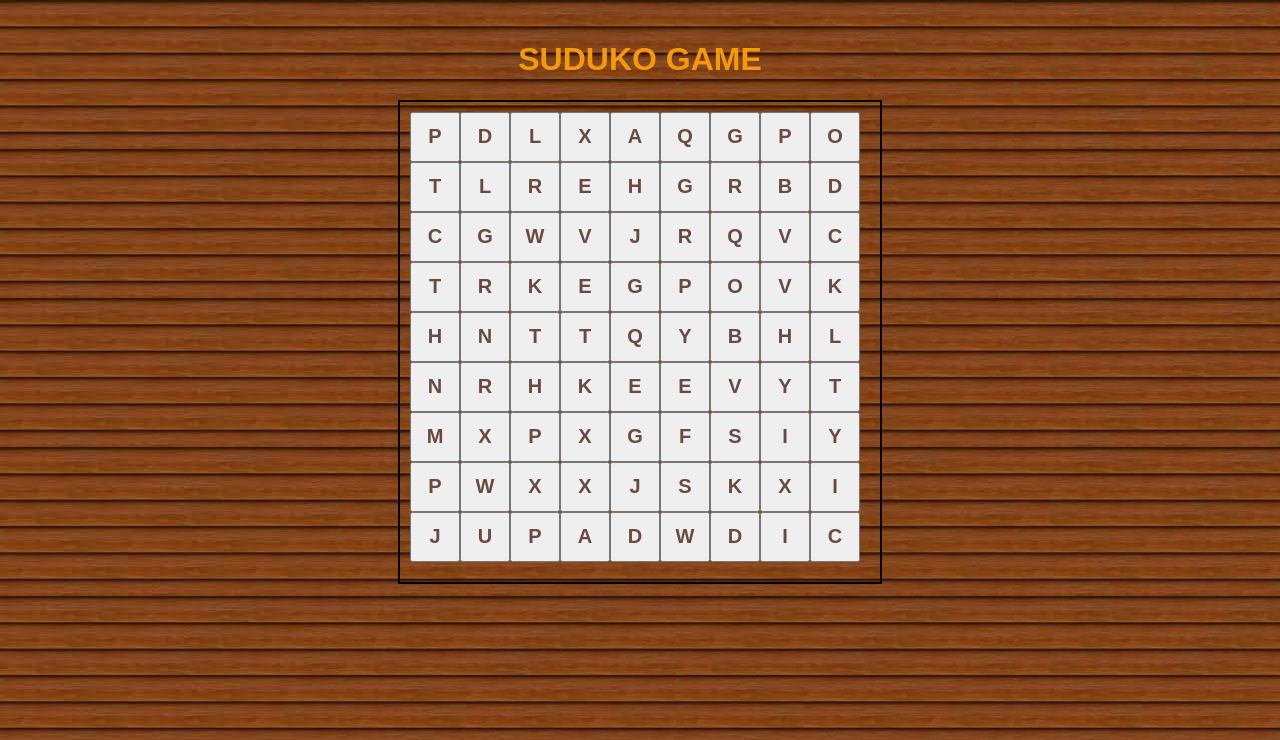
Repository: ahmad8969/Suduko-Game-React-App
Page: /
The author's editor kept a copy of each file at every save. The page is drawn from the files as they stood at one save, then again after the next save.
The browser window is 1280 px wide. The pictures show the whole page.
Some web fonts or font styles are not loaded; a fallback is used. The project was rebuilt for these pictures with package versions that can differ from the ones it lists, and the page was loaded fresh each time.

Above is the page before, as saved 2021-03-11 13:25:26.

### src/index.js
import React from 'react';
import ReactDOM from 'react-dom';
import './index.css';
import Board from './board';
import reportWebVitals from './reportWebVitals';

ReactDOM.render(
  <React.StrictMode>
    <Board />
  </React.StrictMode>,
  document.getElementById('root')
);



// If you want to start measuring performance in your app, pass a function
// to log results (for example: reportWebVitals(console.log))
// or send to an analytics endpoint. Learn more: https://bit.ly/CRA-vitals
reportWebVitals();

### src/board.js
import React, { useState}  from 'react';   //{useState}
import './App.css';
import Block from './components/block'
import NineBlock from './components/nineBlockComponent';

// function useForceUpdate(){
//   const [counter,setCounter]= useState(0);
//   return setCounter(counter+1);


// }
function Board () {
  const xAxis_Selection_Array=   [];
  const yAxis_Selection_Array=   [];
  const DiagonalSelectionUpward_Selection_Array= [];
  const DiagonalSelectionUpwardLeftUp_selection_Array= [];
  const DiagonalSelectionDownward_selection_Array= [];
  const DiagonalSelectionDownwardLeftDown_selection_Array= [];
  const complete_blocks_Array = [];

  const nine_block_Element_into_Nine = [0,1,2,3,4,5,6,7,8];
  const single_block_Into_Nine = [0,1,2,3,4,5,6,7,8];
  const [getting_current_id, setGetting_current_id]=useState();
  const [Iid, setIid]=useState();
  const [Jid, setJid]=useState();
  const [isClicked,  setIsClicked]= useState(false);




  const Click = (idOfSpecificButton,i,j,click,e) =>{
    e.preventDefault();
    setGetting_current_id(idOfSpecificButton);
    setIid(i);
    setJid(j);
    setIsClicked(!click);
    console.log(Iid,Jid,getting_current_id);
  }

  const XaxisSelection = (i)=>{
    for(let xAxis= 0; xAxis<=8; xAxis++){
      let creatId= `${i}${xAxis}`;
      document.getElementById(creatId).style.backgroundColor="indigo";
      xAxis_Selection_Array.push(creatId);
    }
  }

  const YaxisSelection = (i)=> {
    for(let xAxis1= 0; xAxis1<=8; xAxis1++){
      let creatId=  `${xAxis1}${i}`;
      document.getElementById(creatId).style.backgroundColor="indigo";

      yAxis_Selection_Array.push(creatId);
    }
  }

  const DiagonalSelectionUpward = (selectedId)=>{
  let array_of_length= nine_block_Element_into_Nine.length;
  console.log(array_of_length);
  console.log(typeof(array_of_length));
  let get_the_id_of_current_box= parseInt(selectedId);
  console.log(get_the_id_of_current_box);
    for(let hello=get_the_id_of_current_box; hello>=0; hello-=array_of_length){
      if(hello<=9){
        if(hello==9){
          return;
        }else{
        var concatination = 0+`${hello}`;
        document.getElementById(concatination).style.backgroundColor="indigo";
        DiagonalSelectionUpward_Selection_Array.push(concatination);

      }
      } else if(hello==19 || hello==29 || hello==39 || hello==49 || hello==59 || hello==69 || hello==79){
        return;
      }
      else{
        document.getElementById(`${hello}`).style.backgroundColor="indigo";
        DiagonalSelectionUpward_Selection_Array.push(`${hello}`);

      }

    }
  }
        const DiagonalSelectionUpwardLeftUp = (selectedId)=>{
          let array_of_length= 2 + nine_block_Element_into_Nine.length;
          console.log(array_of_length);
          console.log(typeof(array_of_length));
          let get_the_id_of_current_box= parseInt(selectedId);
          console.log(get_the_id_of_current_box);
            for(let hello=get_the_id_of_current_box; hello>=0; hello-=array_of_length){
              if(hello<=9){
                var concatination = 0+`${hello}`;
                document.getElementById(concatination).style.backgroundColor="indigo";
                DiagonalSelectionUpwardLeftUp_selection_Array.push(concatination);
                return;

              } else if( hello==9 || hello==19 || hello==29 || hello==39 || hello==49 || hello==59 || hello==69 || hello==79){
                return;
              }
              else{
                document.getElementById(`${hello}`).style.backgroundColor="indigo";
                DiagonalSelectionUpwardLeftUp_selection_Array.push(`${hello}`);
              }
              console.log(DiagonalSelectionUpwardLeftUp_selection_Array);
            }

          }


        const DiagonalSelectionDownward= (selectedId)=>{
          let array_of_length= nine_block_Element_into_Nine.length;
          console.log(array_of_length);
          console.log(typeof(array_of_length));
          let get_the_id_of_current_box= parseInt(selectedId);
          console.log(get_the_id_of_current_box);
    for(let hello=get_the_id_of_current_box; hello<=88; hello+=array_of_length){
      if(hello==0){
        return;
      }
      else if(hello<=9){
        var concatination = 0+`${hello}`;
        document.getElementById(concatination).style.backgroundColor="indigo";
        DiagonalSelectionDownward_selection_Array.push(concatination);
      } else if(hello==19 || hello==29 || hello==39 || hello==49 || hello==59 || hello==69 || hello==79){
        return;
      }
      else{
        document.getElementById(`${hello}`).style.backgroundColor="indigo";
        DiagonalSelectionDownward_selection_Array.push(`${hello}`);
      }


    }console.log(DiagonalSelectionDownward_selection_Array)
        }
        const DiagonalSelectionDownwardLeftDown= (selectedId)=>{
          let array_of_length= 2 +  nine_block_Element_into_Nine.length;
  console.log(array_of_length);
  console.log(typeof(array_of_length));
  let get_the_id_of_current_box= parseInt(selectedId);
  console.log(get_the_id_of_current_box);
    for(let hello=get_the_id_of_current_box; hello<=88; hello+=array_of_length){
      if(hello == 0){
        return;
      }
      else if(hello<=9){
        var concatination = 0+`${hello}`;
        document.getElementById(concatination).style.backgroundColor="indigo";
        DiagonalSelectionDownwardLeftDown_selection_Array.push(concatination);
      } else if( hello==19 || hello==29 || hello==39 || hello==49 || hello==59 || hello==69 || hello==79){
        return;
      }
      else{
        document.getElementById(`${hello}`).style.backgroundColor="indigo";
        DiagonalSelectionDownwardLeftDown_selection_Array.push(`${hello}`);
      }

    }console.log(DiagonalSelectionDownwardLeftDown_selection_Array);
        }
        const gettingRandomNumber = () => {
          let random = Math.floor(Math.random() * (65 - 90)) + 90;
          let character = String.fromCharCode(random);
          return character;
        }

        const creatingReadOnlyBlock = () => {
          nine_block_Element_into_Nine.map((val)=>{
            single_block_Into_Nine.map((valu)=>{
              let valueOfId= `${val}${valu}`;
              complete_blocks_Array.push(valueOfId);
            })
          })
        }
        const filter_two_arrays= ()=> {
          const complete_selection_array = [...xAxis_Selection_Array,
            ...yAxis_Selection_Array,
            ...DiagonalSelectionUpward_Selection_Array,
            ...DiagonalSelectionUpwardLeftUp_selection_Array,
            ...DiagonalSelectionDownward_selection_Array,
            ...DiagonalSelectionDownwardLeftDown_selection_Array
          ];
            let filteredId = complete_blocks_Array.filter((id) => !complete_selection_array.includes(id));
            filteredId.map((id) => {
              return (document.getElementById(id).disabled = true);
            });
        }

        const changeStateHandler = (getting_current_id,Iid,Jid) => {
          document.getElementById(getting_current_id).style.color="green";
          XaxisSelection(Iid);
          YaxisSelection(Jid);
          DiagonalSelectionUpward(getting_current_id);
          DiagonalSelectionDownward(getting_current_id);
          DiagonalSelectionDownwardLeftDown(getting_current_id);
          DiagonalSelectionUpwardLeftUp(getting_current_id);

        }
         if(Iid && Jid && getting_current_id !=null){

          changeStateHandler(getting_current_id,Iid,Jid);
          creatingReadOnlyBlock();
          filter_two_arrays();


        }


        // console.log(complete_selection_array);



        // console.log(complete_blocks_Array);




  return (

    <div className="App">
    <h1>SUDUKO GAME </h1>
    <div className="board_nine_block_Style">
    {nine_block_Element_into_Nine.map((s,i)=>{
      return(
      <div>

      <NineBlock id={i}>
        {single_block_Into_Nine.map((s,j)=>


          <Block  rowId={i} value1={gettingRandomNumber()} click={Click} colId={j} keys={`${i}${j}`}></Block>

        )}

      </NineBlock>
      </div>
      )
    })
    }
    </div>
    </div>
  );
}

export default Board;

### src/App.css
@import url('http://fonts.cdnfonts.com/css/game');
.App {
  text-align: center;
  background-image: url('images/download.jpg');
  color:rgb(245, 154, 7);
  padding-top:20px;
  font-family: 'GAME', sans-serif;
  /* display: flex; */
   height: 100vh !important;
  /* width: 490px !important; */
  margin: 0 auto;

}

.board_nine_block_Style{
  height: 460px !important;
  width: 460px !important;
  border:2px solid black !important;
  padding: 10px;
  margin:  auto !important;
  /* display: flex; */
  /* grid-column-gap: 0px !important;
  grid-row-gap: 0px !important;
  grid-template-columns:repeat(3,1fr)!important; */
}
.heading{
  color: white;
  text-align:center;
  padding-top:50px!important;
  /* margin-top: 10px!important; */
  font-size: 30px;

}


/* @keyframes App-logo-spin {
  from {
    transform: rotate(0deg);
  }
  to {
    transform: rotate(360deg);
  }
} */

### src/components/block.js
import React, {useState} from 'react';

import './block.css';


const Block = ({rowId,colId,keys,value1,click})=>{
    var uniqueId = `${rowId}`+ `${colId}` ;
    const[value, setValue1]= useState()
    const[isClicked, setIsClicked]= useState(false);





    // const changeState = (e) => {
    //     setCounter(counter+1);

    //     if(counter == 0){
    //         props.click();
    //     setIsClicked(!isClicked);
    //     console.log(counter)
    //     }
    //     else if(counter > 0){
    //         console.log(counter)
    //         alert("jfksjfkjsalj")
    //         return;
    //     }

    // }
    const onChangeHandler = (e) =>{
        let getting_Current_Value = e.target.value;
        console.log(getting_Current_Value);
        setValue1(getting_Current_Value)
    }
    const onKeyUpHandler = (e) =>{


        if(e.keyCode ===13){
            if(e.target.value ===''){
                alert("fill this");
            }else{
            setIsClicked(!isClicked);
        }
        }
    }
    const onFocusOuts = (e) =>{
        let previousValue = e.target.value;
        console.log(previousValue);
            if(previousValue === ''){
                setValue1(value1);
            }else{
                setValue1(previousValue);
            }

    }

    if(isClicked){
        return <input className="inputStyle" value={value}
         onKeyUp={(e)=>{onKeyUpHandler(e)}}
         onChange={(e) => {onChangeHandler(e)}}
         onBlur={(e) => {onFocusOuts(e)}}
          type="text"/>;
    }

return(
    <div className="button_block">
    <button id={keys} onClick={(e)=>{setIsClicked(click);click(keys, rowId, colId,isClicked,e)}} value={value}> {value1}</button>
    </div>

)
}

export default Block;

### src/components/nineBlockComponent.js
import React from 'react';
import Block from './block'
import './block.css'

const NineBlockBox = (props) =>{

    return (
        <div className="nine_block_Style">
            {props.children}
        </div>
    )
}
export default NineBlockBox;




// {single_block_Into_Nine.map((s,i)=>{
//     let random = Math.floor(Math.random() * (49 - 57)) + 57;
//     const character = String.fromCharCode(random);

//   return(
//     <div>
//       {/* <Block keyId={i} boardId={props.id}  number={character}/> */}
//       {props.children}
//       </div>
//   )
//   })}

### src/components/block.css
.button_block button{
    height: 50px !important;
    width: 50px !important;
    /* background-image: url('../images/wood.jpg'); */
    /* background-color: aquamarine !important; */
    margin: 0!important;
    font-size: 20px!important;
    font-weight:600;
    /* color:rgb(109,84,62); */
    color: #6a4940;
}
.nine_block_Style{
    /* height: 150px !important;
    width: 150px !important; */
    /* border:2px solid rgb(245, 154, 7) !important; */
    display: flex;
    /* margin: auto!important; */

    /* grid-template-columns:repeat(3,1fr)!important;
    grid-column-gap: 0px !important;
    grid-row-gap: 0px !important; */
}
.button_block1{
    height: 40px !important;
    width: 40px !important;
    /* background-image: url('../images/wood.jpg'); */
    /* background-color: aquamarine !important; */
    margin: 0!important;
    font-size: 20px!important;
    font-weight:600;
    /* border:2px solid black; */
    /* color:rgb(109,84,62); */
    color: #6a4940;
}
.inputStyle{
    width:42.7px !important;
    height:44px !important;
    font-size:20px !important;
    font-weight:600;
    color: white;
    /* padding: auto!important; */
    text-align: center !important;
    background-color: green !important;
}

Loaded but not shown: public/index.html (common file); src/index.css (common file); src/reportWebVitals.js (common file)

After the next save:
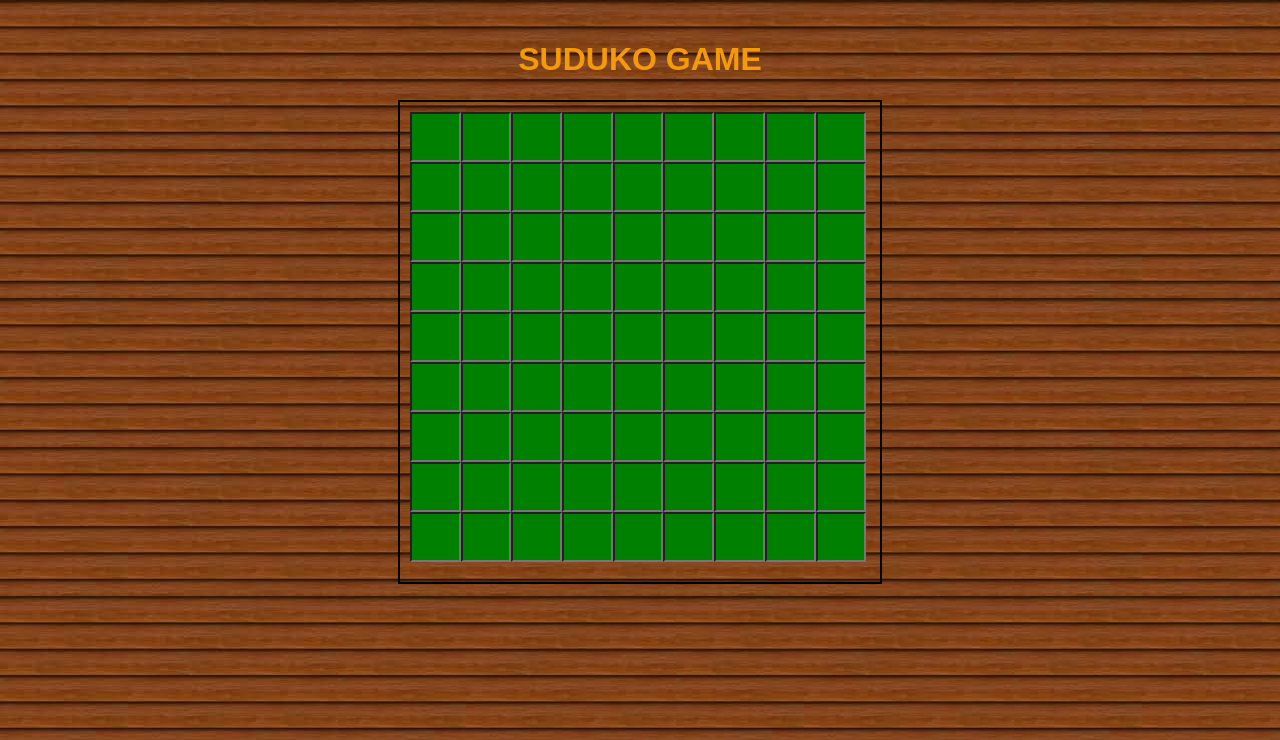
Saved 2 min 48 s later.
--- a/src/components/block.js
+++ b/src/components/block.js
@@ -6,7 +6,7 @@
 const Block = ({rowId,colId,keys,value1,click})=>{
     var uniqueId = `${rowId}`+ `${colId}` ;
     const[value, setValue1]= useState()
-    const[isClicked, setIsClicked]= useState(false);
+    const[isClicked, setIsClicked]= useState(true);
 
 
 

After the save that followed:
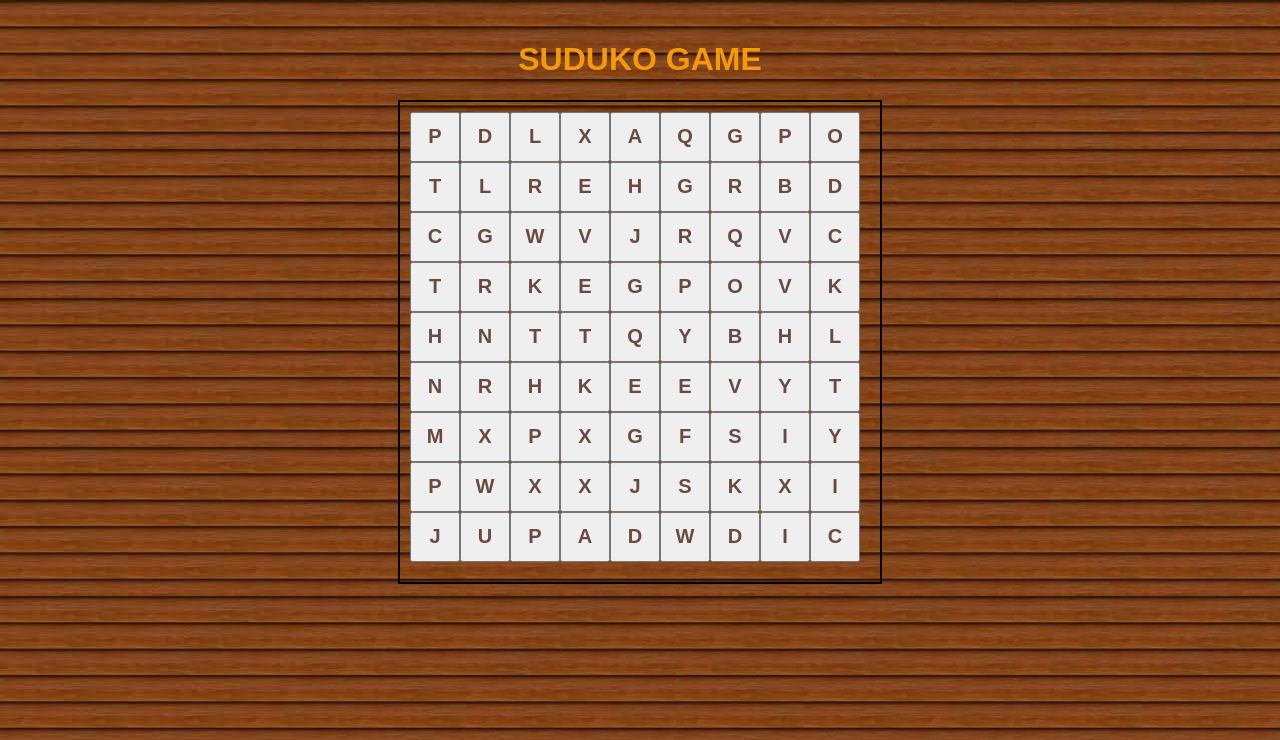
Saved 39 s later.
--- a/src/components/block.js
+++ b/src/components/block.js
@@ -3,10 +3,11 @@
 import './block.css';
 
 
-const Block = ({rowId,colId,keys,value1,click})=>{
-    var uniqueId = `${rowId}`+ `${colId}` ;
+const Block = ({rowId,colId,keys,value1,click,isClick})=>{
+    var uniqueId = `${rowId}`+ `${colId}`;
+
     const[value, setValue1]= useState()
-    const[isClicked, setIsClicked]= useState(true);
+    const[isClicked, setIsClicked]= useState(false);
 
 
 
